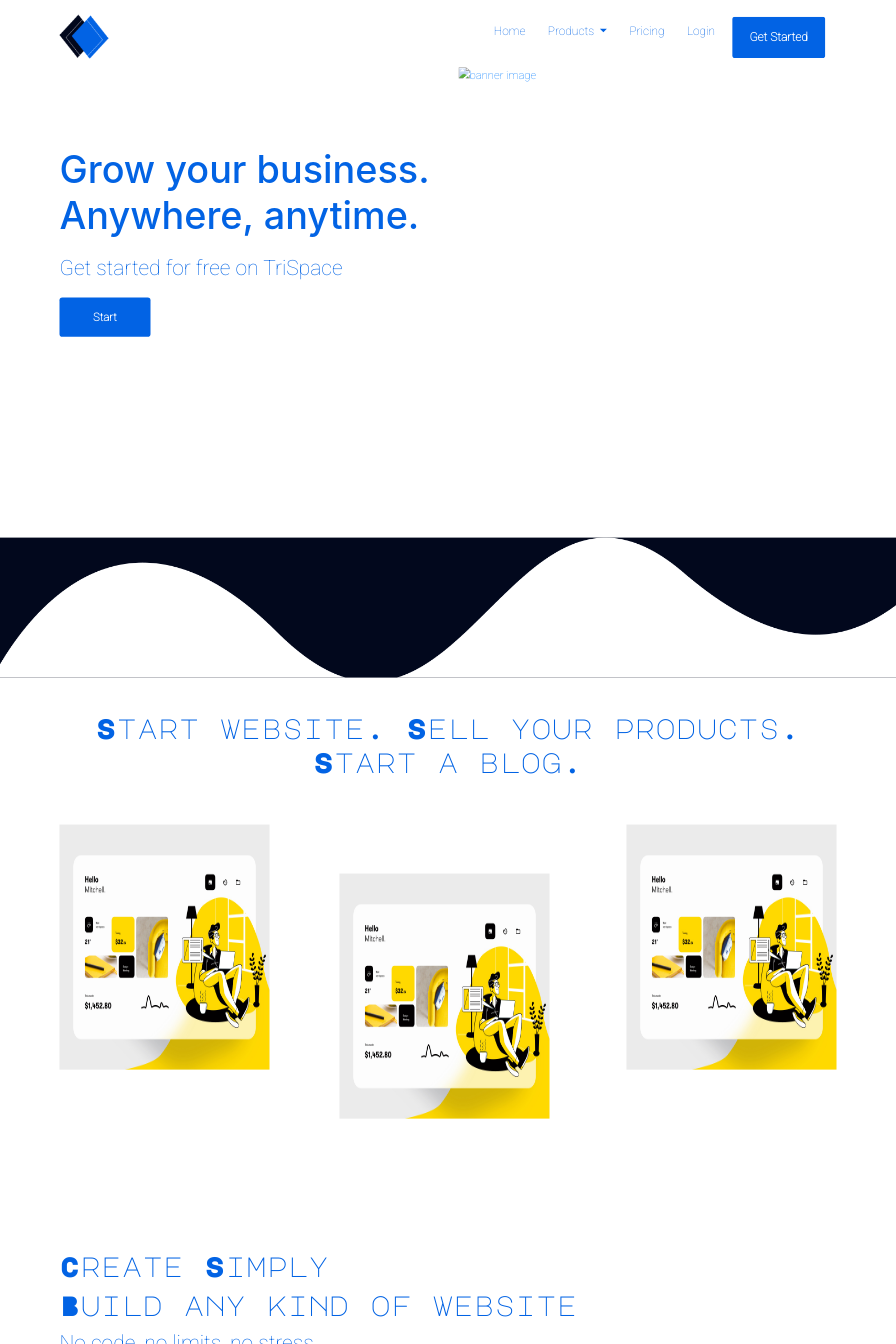
Repository: latenightsnacc/TriSpace
Page: HTML/index.html
An editor plug-in stored every save of this project. The page is shown before and after the next save, followed by the edit.
The browser window is 1280 px wide. The pictures show the part of the page from y = 0 to 1920 px (the page is 5330 px tall), at 70% of full size.
The style sheet was rebuilt from its Sass, Less or Tailwind sources for each picture, by a compiler version that may differ from the author's.

Above is the page before, as saved 2020-11-12 10:50:41.

After the next save:
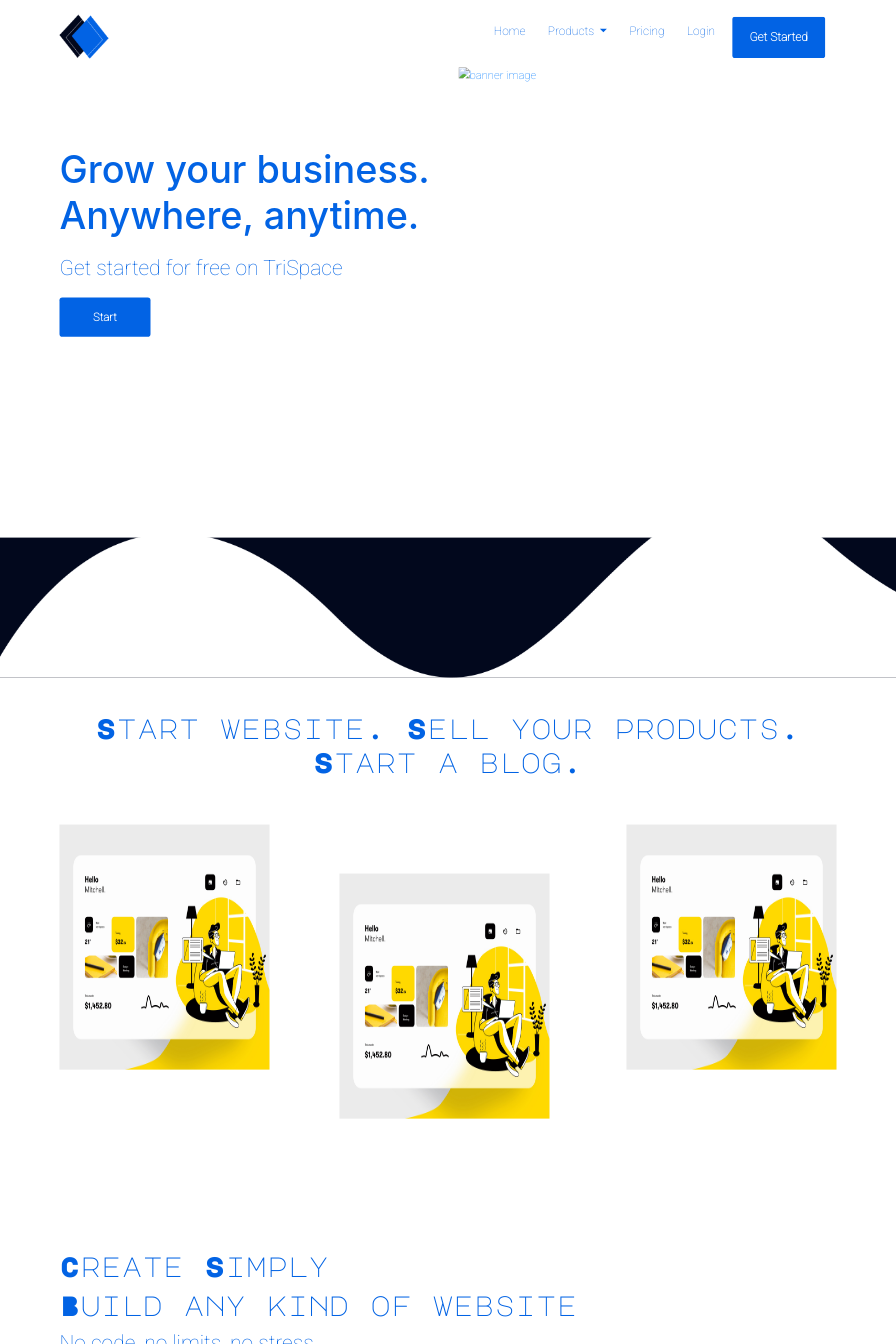
Saved 4 s later.
--- a/HTML/styles/stylesheet.scss
+++ b/HTML/styles/stylesheet.scss
@@ -175,7 +175,7 @@ section.wave {
         bottom: 0;
         left: 0;
         width: 100%;
-        height: 200px;
+        height: 250px;
         background: url('/HTML/assets/wave.png') ;
         background-size: cover;
     }
